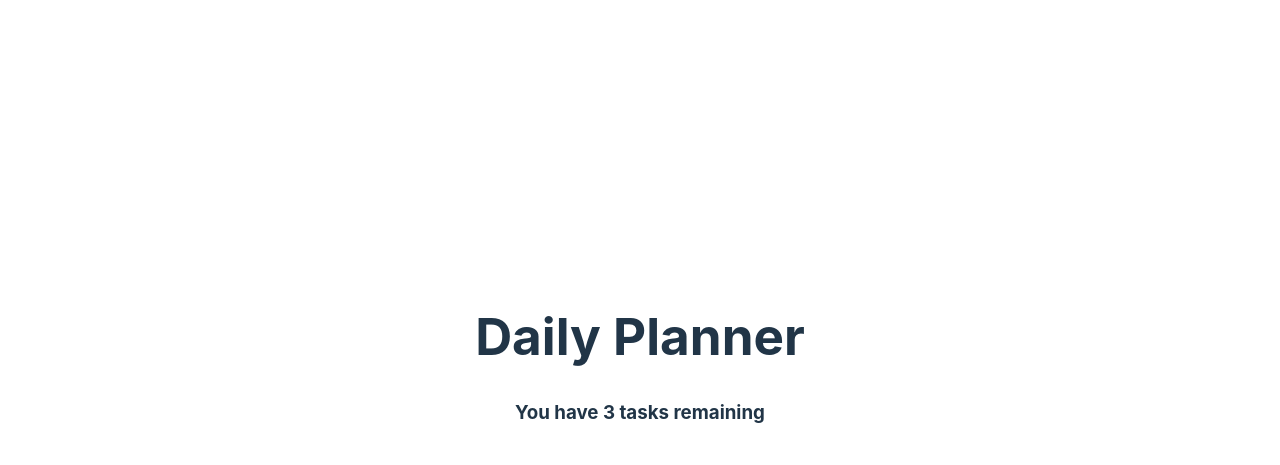
Repository: SamanthaYan298/my_planner
Page: /
These files come from the project's save history. The page is drawn as it stood at one moment and after the next save; the edit follows.
The browser window is 1280 px wide. The pictures show the whole page.
The project was rebuilt for these pictures with package versions that can differ from the ones it lists, and the page was loaded fresh each time. Also part of the build but not shown: vite.config.js.

Above is the page before, as saved 2024-10-07 16:32:39.

### src/App.jsx
import { useState } from 'react'
import './App.css'

function App() {

  return (
    <>
      <h1>Daily Planner</h1>
      <form></form>
      <h3>You have 3 tasks remaining</h3>
    </>
  )
}

export default App

Loaded but not shown: index.html (common file); src/main.jsx (common file); src/index.css (common file); src/App.css (common file)

After the next save:
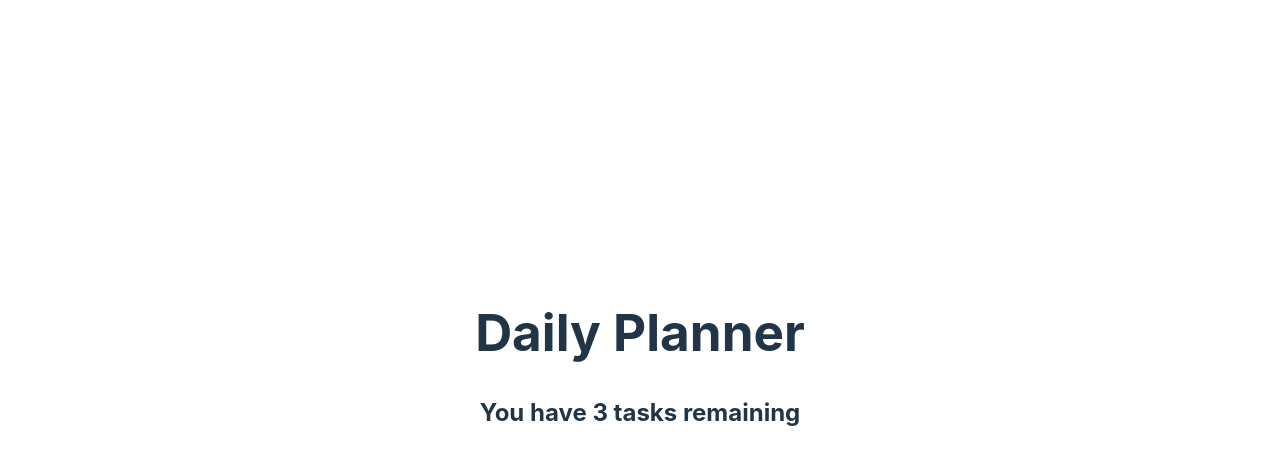
Saved 12 s later.
--- a/src/App.jsx
+++ b/src/App.jsx
@@ -7,7 +7,7 @@ function App() {
     <>
       <h1>Daily Planner</h1>
       <form></form>
-      <h3>You have 3 tasks remaining</h3>
+      <h2>You have 3 tasks remaining</h2>
     </>
   )
 }
